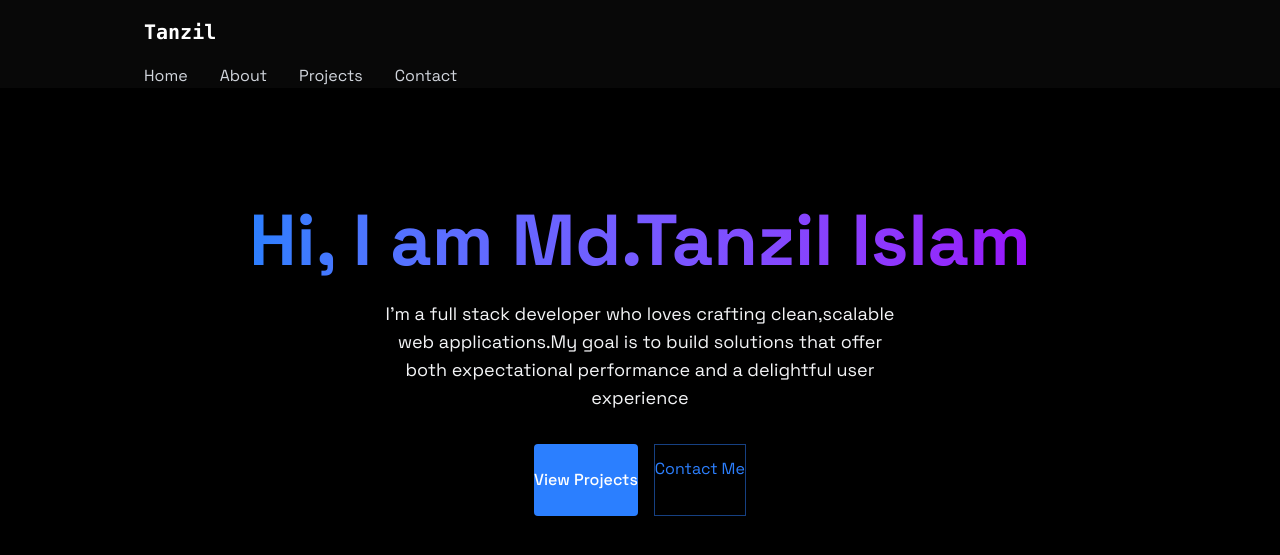
Repository: tanimtanzilislam/my_portfolio
Page: /
An editor plug-in stored every save of this project. The page is shown before and after the next save, followed by the edit.
The browser window is 1280 px wide. The pictures show the whole page.
The project was rebuilt for these pictures with package versions that can differ from the ones it lists, and the page was loaded fresh each time. Also part of the build but not shown: vite.config.js.

Above is the page before, as saved 2025-05-10 12:23:36.

After the next save:
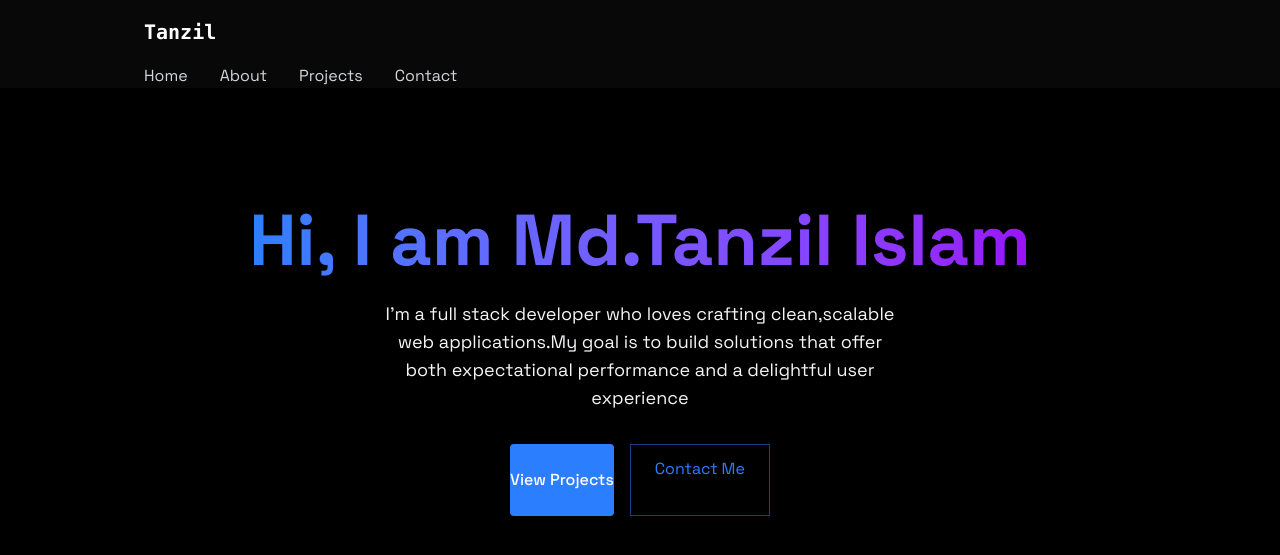
Saved 7 s later.
--- a/src/components/sections/Home.jsx
+++ b/src/components/sections/Home.jsx
@@ -10,7 +10,7 @@ export const Home =()=>{
                 View Projects
             </a>
 
-            <a href="#contact " className="border border-blue-500/50 text-blue-500 py-3 px- hover:-translate-y-0.5 hover-shadow-[0_0_15px_rgba(59,130,246,0.4)]">
+            <a href="#contact " className="border border-blue-500/50 text-blue-500 py-3 px-6  hover:-translate-y-0.5 hover-shadow-[0_0_15px_rgba(59,130,246,0.4)]">
                 Contact Me
             </a>
            </div>
